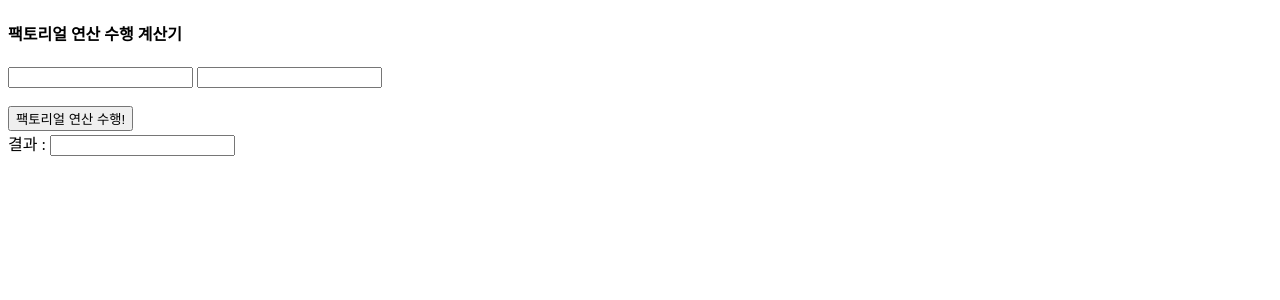
Repository: JavaJin96/kr.or.ddit.WebApp
Page: http://localhost/webStudy01/02/factorial.do
The author's editor kept a copy of each file at every save. The page is drawn from the files as they stood at one save, then again after the next save.
The browser window is 1280 px wide. The pictures show the whole page.
The page is served by Tomcat 9.

Above is the page before, as saved 2022-02-28 01:28:26.
Console error: SyntaxError: missing ) after argument list

After the next save:
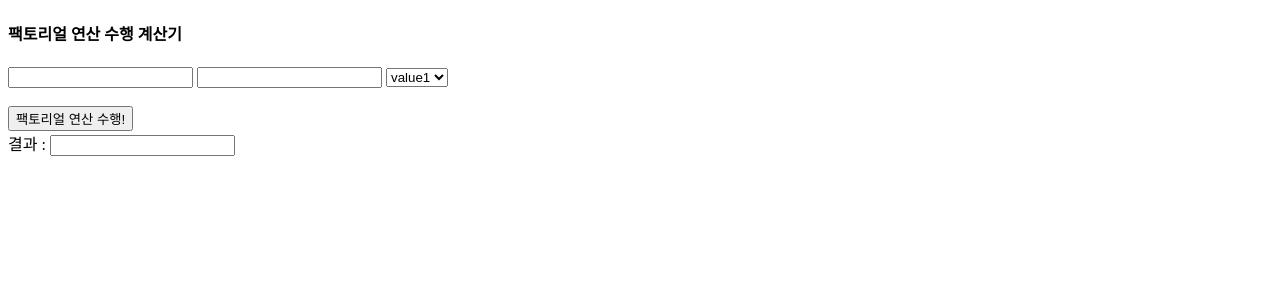
Saved 28 s later.
--- a/6.JspSpring/workspace/webStudy01/webapp/WEB-INF/views/factorial.jsp
+++ b/6.JspSpring/workspace/webStudy01/webapp/WEB-INF/views/factorial.jsp
@@ -15,6 +15,10 @@
 	<form method="post" name="factorialForm">
 	<input type='number' name='num' id="num">
 	<input type="text" name="param1">
+	<select name="param2">
+		<option>value1</option>
+		<option>value2</option>
+	</select>
 	<br><br>
 	<button type="submit">팩토리얼 연산 수행!</button>
 	</form>
